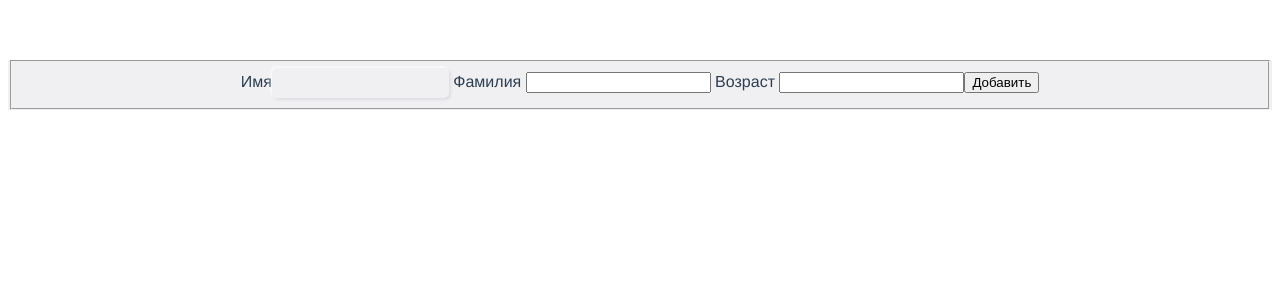
Repository: shum89/test-vue-table
Page: /
The author's editor kept a copy of each file at every save. The page is drawn from the files as they stood at one save, then again after the next save.
The browser window is 1280 px wide. The pictures show the whole page.
The project was rebuilt for these pictures with package versions that can differ from the ones it lists, and the page was loaded fresh each time. Also part of the build but not shown: vue.config.js.

Above is the page before, as saved 2021-07-18 13:23:38.

After the next save:
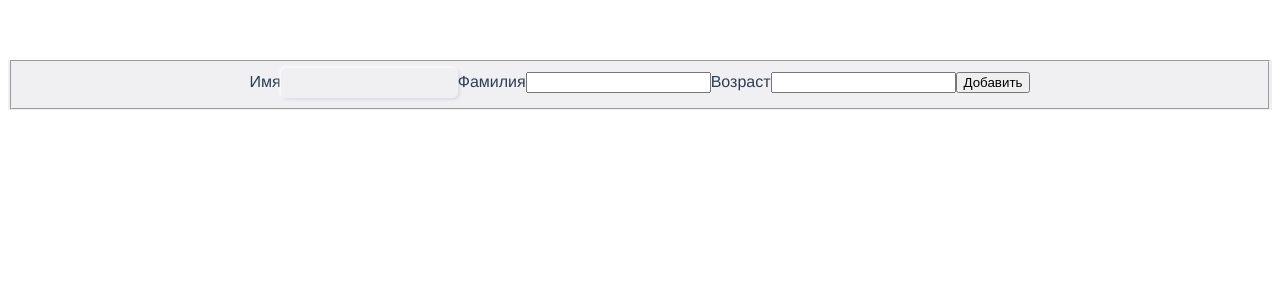
Saved 17 s later.
--- a/src/components/Form.vue
+++ b/src/components/Form.vue
@@ -7,11 +7,11 @@
       </label>
 
       <label for="lastName">
-        Фамилия
+        <span>Фамилия</span>
         <input v-model="person.lastName" type="text" id="lastName" />
       </label>
       <label for="age">
-        Возраст
+        <span>Возраст</span>
         <input v-model="person.age" type="number" id="age" />
       </label>
       <button type="submit">Добавить</button>
